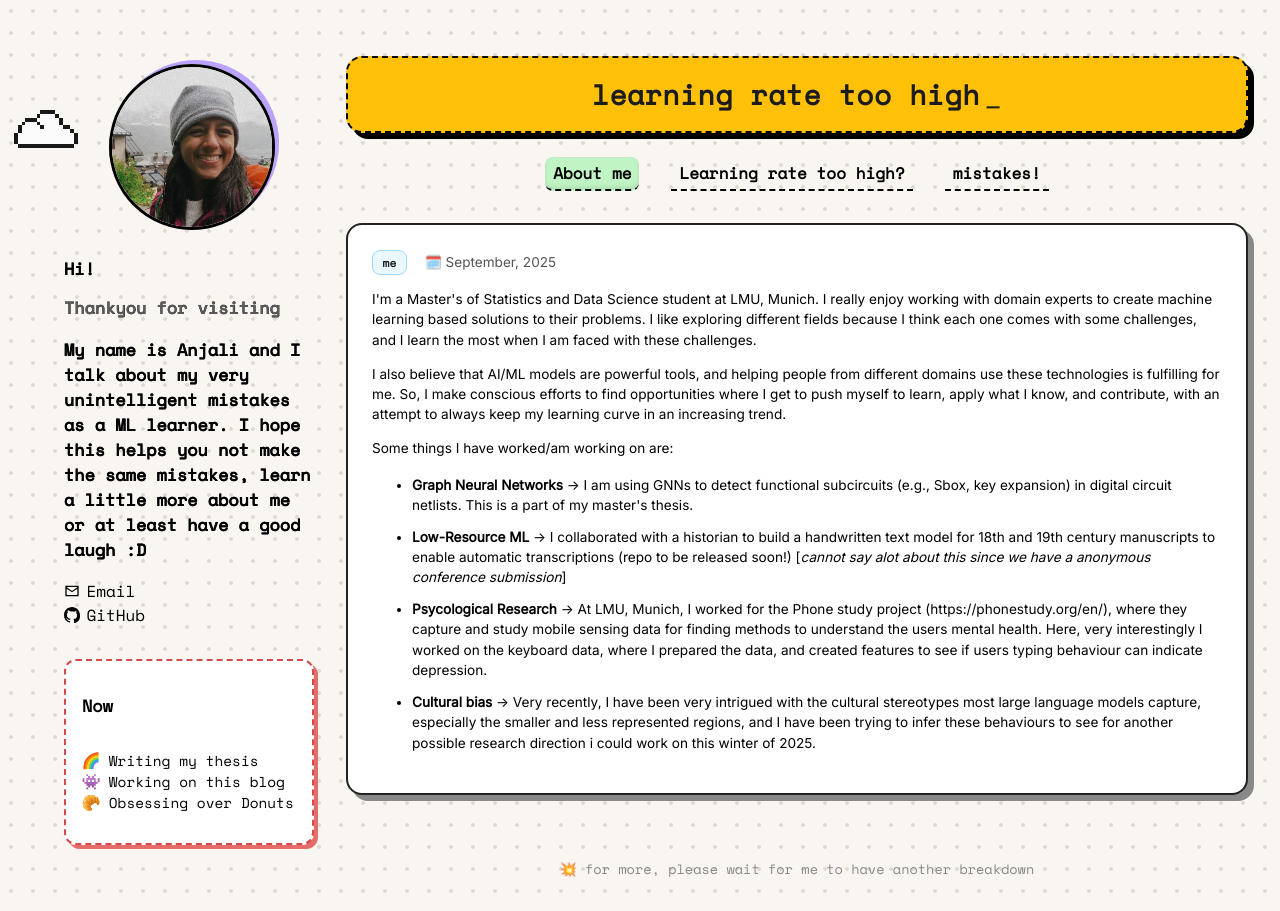
Repository: anjalisarawgi/learning_rate_too_high
Page: index.html
An editor plug-in stored every save of this project. The page is shown before and after the next save, followed by the edit.
The browser window is 1280 px wide. The pictures show the whole page.

Above is the page before, as saved 2025-11-03 14:28:46.

### index.html
<!DOCTYPE html>
<html lang="en">
<head>
  <meta charset="UTF-8" />
  <meta name="viewport" content="width=device-width, initial-scale=1.0" />
  <meta name="title" content="Learning Rate Too High – Machine Learning Mistakes by Anjali Sarawgi">
  <meta name="description" content="A lighthearted blog documenting my ML experiments, mistakes, and lessons learned.">
  <meta name="author" content="Anjali Sarawgi">
  <meta name="robots" content="index, follow">
  <link rel="canonical" href="https://anjalisarawgi.github.io/learning_rate_too_high/">
  <title>learning rate too high</title>
  <!-- <link href="https://fonts.googleapis.com/css2?family=Space+Mono&family=Press+Start+2P&display=swap" rel="stylesheet"> -->
  <link href="https://fonts.googleapis.com/css2?family=Space+Mono&family=Press+Start+2P&family=Inter&display=swap" rel="stylesheet">
  <style>
    body {
      font-family: 'Space Mono', monospace;
      background-color: #F9F6F2;
      margin: 0;
      padding: 2rem;
      /* background-image: radial-gradient(#ebe9e9 2px, transparent 1px); */
      background-image: radial-gradient(#E0DBD2 2px, transparent 2px);
      background-size: 22px 22px;
    }

    header {
      background: #FFC107;
      color: #1C1C1C;
      padding: 1rem 2rem;
      font-size: 1.75rem;
      font-weight: 700;
      font-family: 'Space Mono', monospace;
      border: 2px dashed #000;
      border-radius: 1rem;
      box-shadow: 6px 6px 0 #000;
      max-width: 900px;
      margin: 1.5rem auto;
      text-align: center;
      letter-spacing: 0.5px;
      transition: all 0.2s ease;

    }

    .cursor {
      display: inline-block;
      margin-left: 0.3rem;
      animation: blink 1s steps(2, start) infinite;
      font-weight: 400;
    }

    @keyframes blink {
      to {
        visibility: hidden;
      }
    }

    nav {
      display: flex;
      justify-content: center;
      gap: 2rem;
      margin: 1.5rem 0;
      flex-wrap: wrap;
    }

    nav a {
  text-decoration: none;
  color: #000;
  font-weight: bold;
  border-bottom: 2px dashed #000;
  padding: 0.25rem 0.5rem;
  transition: all 0.2s ease;
}

nav a:hover {
  background: #A9E6AE; /* slightly darker green */
  border-radius: 0.5rem;
  transform: scale(1.05);
}

nav a.active {
  background: #C1F4C5; /* light green */
  border-radius: 0.5rem;
  font-weight: 700;
  box-shadow: inset 0 -2px 4px rgba(0,0,0,0.1);
}

    .card {
      background: #fff;
      border: 2px solid #222;
      border-radius: 1rem;
      box-shadow: 6px 6px 0 #888;
      padding: 1.5rem;
      margin: 2rem auto;
      max-width: 900px;
      transition: all 0.2s ease;


    }

    .card:hover {
      box-shadow: 8px 8px 0 #aaa;
      transform: translate(-2px, -2px);
    }

    .card h2 {
      margin-top: 0;
      color: #222;
    }

    .card small {
      color: #555;
    }

    .tag {
      display: inline-block;
      background: #EAF8FF;
      color: #1C1C1C;
      border: 1px solid #A1D8FF;
      font-size: 0.7rem;
      font-weight: bold;
      padding: 0.2rem 0.6rem;
      margin-right: 0.5rem;
      border-radius: 0.5rem;
    }

    .footer-cta {
      text-align: center;
      margin-top: 4rem;
      font-size: 1rem;
    }

    .now-block {
      background: #fff ;
      font-size: 0.9rem;
      padding: 1rem;
      border-radius: 0.75rem;
      margin-top: 2rem;
      /* box-shadow: 4px 4px 0 #bca2ff; soft purple shadow */
      /* border: 2px dashed #8e72d6; retro purple border */
      box-shadow: 4px 4px 0 #E66B6B; /* balanced warm red shadow */
  border: 2px dashed #D24B4B;   /* slightly deeper coral border */
      color: #000;
    }
    footer {
      text-align: center;
      margin-top: 4rem;
      color: #888;
      font-size:
       0.85rem;
    }

    .intro-bold {
      font-weight: 700;
      font-size: 1.05rem;
      /* color: #111; */
      text-shadow: 0.1px 0.1px #111
    }
    .cute-photo {
  width: 160px;
  height: 160px;
  object-fit: cover;
  border: 3px solid #000;
  box-shadow: 4px 4px 0 #bca2ff;
  /* box-shadow: 4px 4px 0 #a2d2ff; soft blue shadow */
    /* box-shadow: 4px 4px 0 #f4a7a0; pastel red shadow */
  background-color: #fff8e1;
  background: radial-gradient(circle at 30% 30%, #fff8e1 0%, #f2e3ff 80%);
  border-radius: 50%;
  margin: 0 auto 1.5rem auto;
  display: block;

  /* Proper flower mask pattern */
  mask: radial-gradient(circle at center, black 60%, transparent 61%)
        repeat-conic-gradient(black 0deg 20deg, transparent 20deg 40deg);
  -webkit-mask: radial-gradient(circle at center, black 60%, transparent 61%)
                repeat-conic-gradient(black 0deg 20deg, transparent 20deg 40deg);
  mask-composite: intersect;
  -webkit-mask-composite: destination-in;

  transition: transform 0.3s ease;
  transform: rotate(-90deg);
}

.pumpkin-mascot {
  position: fixed;
  bottom: 20px;
  right: 20px;
  width: 60px;
  image-rendering: pixelated; /* keeps that crisp pixel look */
  z-index: 1000;
  transition: transform 0.3s ease;
}
.pumpkin-mascot:hover {
  transform: rotate(8deg) scale(1.1);
}


.profile-photo {
  position: relative;
  z-index: 2;  /* photo stays in front */
  width: 200px; /* adjust to your photo size */
  border-radius: 12px;
}

.photo-container {
  position: relative;
  width: 160px;      /* match your photo size */
  height: 160px;
  margin: 0 auto 2rem auto;
}

.cute-photo {
  position: relative;
  z-index: 2;         /* bring photo above */
  width: 160px;
  height: 160px;
  object-fit: cover;
  border: 3px solid #000;
  box-shadow: 4px 4px 0 #bca2ff;
  background-color: #fff8e1;
  background: radial-gradient(circle at 30% 30%, #fff8e1 0%, #f2e3ff 80%);
  border-radius: 50%;
  display: block;
  margin: 0 auto;
  transition: transform 0.3s ease;
  transform: rotate(-90deg);
}

.cloud-behind {
  position: absolute;
  top: 20px;
  left: -100px;
  width: 120px;
  z-index: 1;          /* this ensures it’s BEHIND the photo */
  image-rendering: pixelated;
  animation: floatCloud 18s ease-in-out infinite;
  opacity: 0.8;
  pointer-events: none; /* prevents blocking clicks on the photo */
}

@keyframes floatCloud {
  0% {
    transform: translateX(-60px);
    opacity: 0.6;
  }
  25% {
    transform: translateX(0);
    opacity: 0.9;
  }
  50% {
    transform: translateX(60px);
    opacity: 0.9;
  }
  75% {
    transform: translateX(0);
    opacity: 0.8;
  }
  100% {
    transform: translateX(-60px);
    opacity: 0.6;
  }
}

.now-block:hover {
  box-shadow: 0 0 10px rgba(255, 150, 150, 0.4);
  transform: scale(1.03);
  transition: all 0.3s ease-in-out;
}
.now-block p {
  display: inline-block;
}

.now-block p span {
  display: inline-block;
  animation: popEmoji 3s infinite;
}

@keyframes popEmoji {
  0%, 100% { transform: scale(1); }
  50% { transform: scale(1.15); }
}
.cute-photo:hover {
  box-shadow: 0 0 10px rgba(188, 162, 255, 0.4);
  transform: scale(1.05);
}
    /* .cute-photo:hover {
  transform: rotate(2deg) scale(1.05);
  transition: all 0.3s ease;
} */
    /* Make text inside .card paragraphs and lists use Inter instead of Space Mono */
/* Card body text with smaller, cleaner font */
.card p,
.card li,
.card small {
  font-family: 'Inter', sans-serif;
  font-size: 0.85rem;       /* Smaller size */
  line-height: 1.5;         /* Keep good spacing */
}

/* Card headings stay Space Mono */
.card h2 {
  font-family: 'Space Mono', monospace;
  font-size: 1.3rem;         /* Optional: Slightly smaller heading too */
}
ul li {
  margin-bottom: 0.7rem; /* adjust value as needed */
  line-height: 1.6; /* optional: improves readability */
}
  </style>
</head>
<body>
  <div style="display: flex; max-width: 1400px; margin: 0 auto;">
    <aside style="width: 250px; padding: 2rem; font-family: 'Space Mono', monospace;">
      <!-- <img
      src="myphoto2.jpeg"
      alt="Anjali Sarawgi"
      class="cute-photo"> -->
      <div class="photo-container">
        <img src="cloud_image.png" alt="Cloud mascot" class="cloud-behind">
        <img src="myphoto2.jpeg" alt="Anjali photo" class="cute-photo">
      </div>
      <h2 class="intro-bold" style="margin-top: 0;">Hi!</h2>
      <h3 class="intro-bold" style="margin-top: 0; color: #5a5a5a;">Thankyou for visiting</h3>
      <p class="intro-bold">
        My name is <strong>Anjali</strong> and I talk about my very unintelligent mistakes as a ML learner. I hope this helps you not make the same mistakes, learn a little more about me or at least have a good laugh :D
      </p>

      <a href="mailto:anjali.sarawgi9@gmail.com" style="display: flex; align-items: center; gap: 0.4rem; text-decoration: none; color: #000;">
        <!-- Email Icon -->
        <svg xmlns="http://www.w3.org/2000/svg" width="16" height="16" fill="currentColor" viewBox="0 0 24 24">
          <path d="M2 4h20v16H2V4zm2 2v.511l8 5.334 8-5.334V6H4zm0 2.489V18h16V8.489l-8 5.333-8-5.333z"/>
        </svg>
        <span>Email</span>
      </a>

      <!-- <a href="https://www.linkedin.com/in/anjali-sarawgi" target="_blank" style="display: flex; align-items: center; gap: 0.4rem; text-decoration: none; color: #000;">
        <svg xmlns="http://www.w3.org/2000/svg" width="16" height="16" fill="currentColor" viewBox="0 0 24 24">
          <path d="M4.98 3.5C4.98 4.88 3.88 6 2.5 6S0 4.88 0 3.5 1.12 1 2.5 1 4.98 2.12 4.98 3.5zM.5 8.49h4V24h-4V8.49zm7.5 0h3.84v2.11h.05c.54-1.01 1.84-2.07 3.79-2.07 4.05 0 4.8 2.66 4.8 6.12V24h-4v-7.79c0-1.86-.03-4.26-2.59-4.26-2.59 0-2.99 2.02-2.99 4.11V24h-4V8.49z"/>
        </svg>
        <span>LinkedIn</span>
      </a> -->

      <!-- GitHub -->
      <a href="https://github.com/anjalisarawgi" target="_blank" style="display: flex; align-items: center; gap: 0.4rem; text-decoration: none; color: #000;">
        <svg xmlns="http://www.w3.org/2000/svg" width="16" height="16" fill="currentColor" viewBox="0 0 24 24">
          <path d="M12 0C5.37 0 0 5.37 0 12a12 12 0 008.21 11.43c.6.11.82-.26.82-.58v-2.02c-3.34.73-4.04-1.61-4.04-1.61-.55-1.38-1.35-1.75-1.35-1.75-1.1-.76.08-.74.08-.74 1.22.09 1.87 1.25 1.87 1.25 1.08 1.85 2.84 1.31 3.54 1 .11-.79.42-1.31.76-1.61-2.66-.3-5.47-1.33-5.47-5.91 0-1.31.47-2.38 1.24-3.22-.12-.3-.54-1.52.12-3.17 0 0 1-.32 3.29 1.23A11.45 11.45 0 0112 6.84c1.02.01 2.04.14 3 .42 2.29-1.55 3.29-1.23 3.29-1.23.66 1.65.24 2.87.12 3.17.77.84 1.24 1.91 1.24 3.22 0 4.6-2.82 5.61-5.5 5.91.43.37.81 1.09.81 2.21v3.27c0 .32.22.69.83.57A12 12 0 0024 12c0-6.63-5.37-12-12-12z"/>
        </svg>
        <span>GitHub</span>
      </a>


      <!-- Google Scholar -->
      <!-- <a href="https://scholar.google.com/citations?user=S54iOkAAAAAJ&hl=en" target="_blank" style="display: flex; align-items: center; gap: 0.4rem; text-decoration: none; color: #000;">
        <svg xmlns="http://www.w3.org/2000/svg" width="16" height="16" fill="currentColor" viewBox="0 0 24 24">
          <path d="M12 2L1 12l3.29 3.29L12 6.41l7.71 8.88L23 12zM12 8.5l-6 6V22h12v-7.5l-6-6z"/>
        </svg>
        <span>Google Scholar</span>
      </a> -->


      <div class="now-block">
        <h3>Now</h3>
        <!-- <p>🌈 Writing my thesis<br>👾 Working on this blog <br>🥐 Obsessing over Donuts</p> -->
        <p>
          <span>🌈</span> Writing my thesis<br>
          <span>👾</span> Working on this blog<br>
          <span>🥐</span> Obsessing over Donuts
        </p>
      </div>
    </aside>

    <main style="flex: 1;">
      <header>learning rate too high<span class="cursor">_</span></header>
      <nav>
        <a href="#" data-tab="about" class="active" >About me</a>
        <a href="#" data-tab="loss-infinity">Learning rate too high?</a>
        <a href="#" data-tab="loss-infinity">mistakes!</a>
        <!-- <a href="#" data-tab="raw-text">uncertainity?</a> -->
        <!-- <a href="#" data-tab="wrong-script">wrong script AGAIN!</a> -->
        <!-- <a href="#" data-tab="wrong-script">package version/s</a> -->
        <!-- <a href="#" data-tab="wrong-script">parameters are IMP</a> -->
        <!-- <a href="#" data-tab="wrong-script">some research directions i think of</a> -->
        <!-- <a href="#" data-tab="wrong-script">the data problem</a> -->

        <!-- <a href="#" data-tab="shuffled-labels">shuffled labels</a> -->
      </nav>

      <div class="card" data-tab-content="wrong-script" style="display: none;">
        <div class="tag">bug</div><div class="tag">torch</div>
        <h2>correct code ... wrong script in training</h2>
        <small>🗓️ May, 2025</small>
        <p>I trained a model. I tweaked layers. I changed the loss function. I cursed PyTorch.<br>Nothing changed.<br><br>Turns out, I was editing <code>train.py</code> in folder A and running <code>train.py</code> in folder B. The curse was me.</p>
      </div>

      <div class="card" data-tab-content="loss-infinity" style="display: none;">
        <div class="tag">loss</div><div class="tag">div/0</div>
        <h2>loss infinity</h2>
        <small>🗓️ Jul 10, 2025</small>
        <p>My model diverged so hard it reached theological questions.<br>Turns out I forgot to normalize the input. Again. And again. And again...</p>
      </div>

      <div class="card" data-tab-content="raw-text" style="display: none;">
        <div class="tag">gnn</div><div class="tag">raw text</div>
        <h2>raw text to GNN</h2>
        <small>🗓️ Jun 5, 2025</small>
        <p>I tried putting raw text directly into a GNN.<br>It screamed. I listened.<br>Don't do it.</p>
      </div>

      <div class="card" data-tab-content="shuffled-labels" style="display: none;">
        <div class="tag">labels</div><div class="tag">oops</div>
        <h2>shuffled labels</h2>
        <small>🗓️ May 18, 2025</small>
        <p>I shuffled my data and accidentally shuffled the labels *separately*.<br>The model got creative, but not in a good way.</p>
      </div>

      <div class="card" data-tab-content="about" style="display: block;">
        <div class="tag">me</div>
        <!-- <h2>About me</h2> -->
        <small>🗓️ September, 2025</small>
        <!-- <h2>Hi, I'm Anjali ✨</h2> -->
        <p>I'm a Master's  of Statistics and Data Science student at LMU, Munich. I really enjoy working with domain experts to create machine learning based solutions to their problems. I like exploring different fields because I think each one comes with some challenges, and I learn the most when I am faced with these challenges.        </p>
        <p>I also believe that AI/ML models are powerful tools, and helping people from different domains use these technologies is fulfilling for me. So, I make conscious efforts to find opportunities where I get to push myself to learn, apply what I know, and contribute, with an attempt to always keep my learning curve in an increasing trend.</p>
        <p>Some things I have worked/am working on are:</p>
        <ul>
          <li><strong>Graph Neural Networks</strong> -> I am using GNNs to detect functional subcircuits (e.g., Sbox, key expansion) in digital circuit netlists. This is a part of my master's thesis.
          <li><strong>Low-Resource ML</strong> -> I collaborated with a historian to build a handwritten text model for 18th and 19th century manuscripts to enable automatic transcriptions (repo to be released soon!) [<i>cannot say alot about this since we have a anonymous conference submission</i>]
          <li><strong>Psycological Research</strong> -> At LMU, Munich, I worked for the Phone study project (https://phonestudy.org/en/), where they capture and study mobile sensing data for finding methods to understand the users mental health. Here, very interestingly I worked on the keyboard data, where I prepared the data, and created features to see if users typing behaviour can indicate depression.
          <li><strong>Cultural bias</strong> -> Very recently, I have been very intrigued with the cultural stereotypes most large language models capture, especially the smaller and less represented regions, and I have been trying to infer these behaviours to see for another possible research direction i could work on this winter of 2025.
             <!-- Particularly, I am curious to evaluate how these models handle smaller or less represented regions, for example Nepal. I think it would be very interesting to see if we can identify and solve for the biases in the dataset it was trained on itself. -->
        </ul>
      </div>
      <footer>
        💥 for more, please wait for me to have another breakdown
      </footer>
      <!-- <img src="Cloud.png" alt="Cloud mascot" class="cloud-mascot"> -->
    </main>
  </div>

  <!-- JS for tab switching -->
  <script>
    const tabs = document.querySelectorAll('nav a');
    const cards = document.querySelectorAll('[data-tab-content]');

    tabs.forEach(tab => {
      tab.addEventListener('click', (e) => {
        e.preventDefault();
        const target = tab.getAttribute('data-tab');

        // Hide all cards
        cards.forEach(card => {
          card.style.display = 'none';
        });

        // Remove 'active' class from all tabs
        tabs.forEach(t => t.classList.remove('active'));

        // Add 'active' to clicked tab
        tab.classList.add('active');

        // Show the matching card
        const activeCard = document.querySelector(`[data-tab-content="${target}"]`);
        if (activeCard) activeCard.style.display = 'block';
      });
    });
  </script>
</body>
</html>

After the next save:
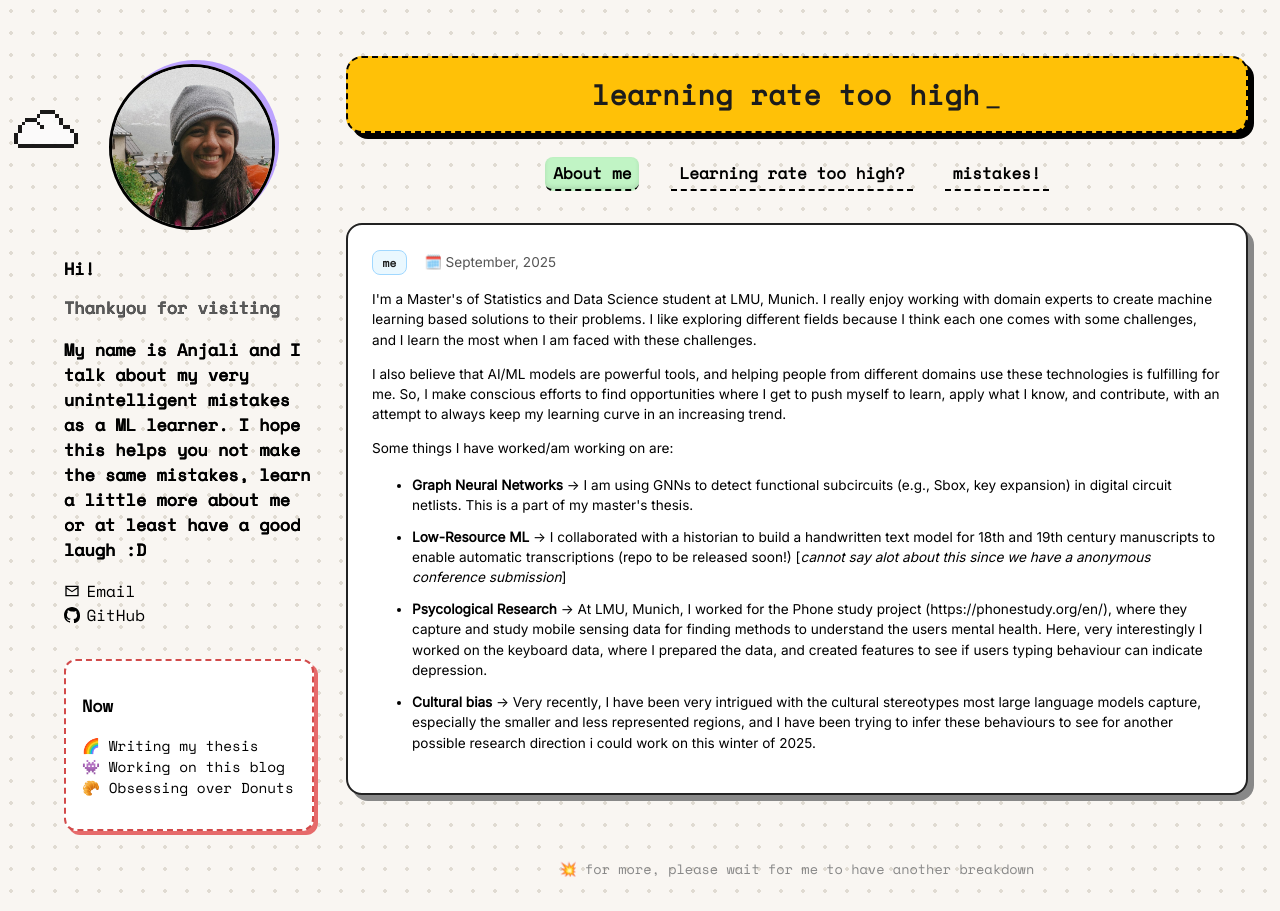
Saved 35 s later.
--- a/index.html
+++ b/index.html
@@ -260,24 +260,7 @@
   }
 }
 
-.now-block:hover {
-  box-shadow: 0 0 10px rgba(255, 150, 150, 0.4);
-  transform: scale(1.03);
-  transition: all 0.3s ease-in-out;
-}
-.now-block p {
-  display: inline-block;
-}
-
-.now-block p span {
-  display: inline-block;
-  animation: popEmoji 3s infinite;
-}
-
-@keyframes popEmoji {
-  0%, 100% { transform: scale(1); }
-  50% { transform: scale(1.15); }
-}
+
 .cute-photo:hover {
   box-shadow: 0 0 10px rgba(188, 162, 255, 0.4);
   transform: scale(1.05);
@@ -359,12 +342,7 @@
 
       <div class="now-block">
         <h3>Now</h3>
-        <!-- <p>🌈 Writing my thesis<br>👾 Working on this blog <br>🥐 Obsessing over Donuts</p> -->
-        <p>
-          <span>🌈</span> Writing my thesis<br>
-          <span>👾</span> Working on this blog<br>
-          <span>🥐</span> Obsessing over Donuts
-        </p>
+        <p>🌈 Writing my thesis<br>👾 Working on this blog <br>🥐 Obsessing over Donuts</p>
       </div>
     </aside>
 

After the save that followed:
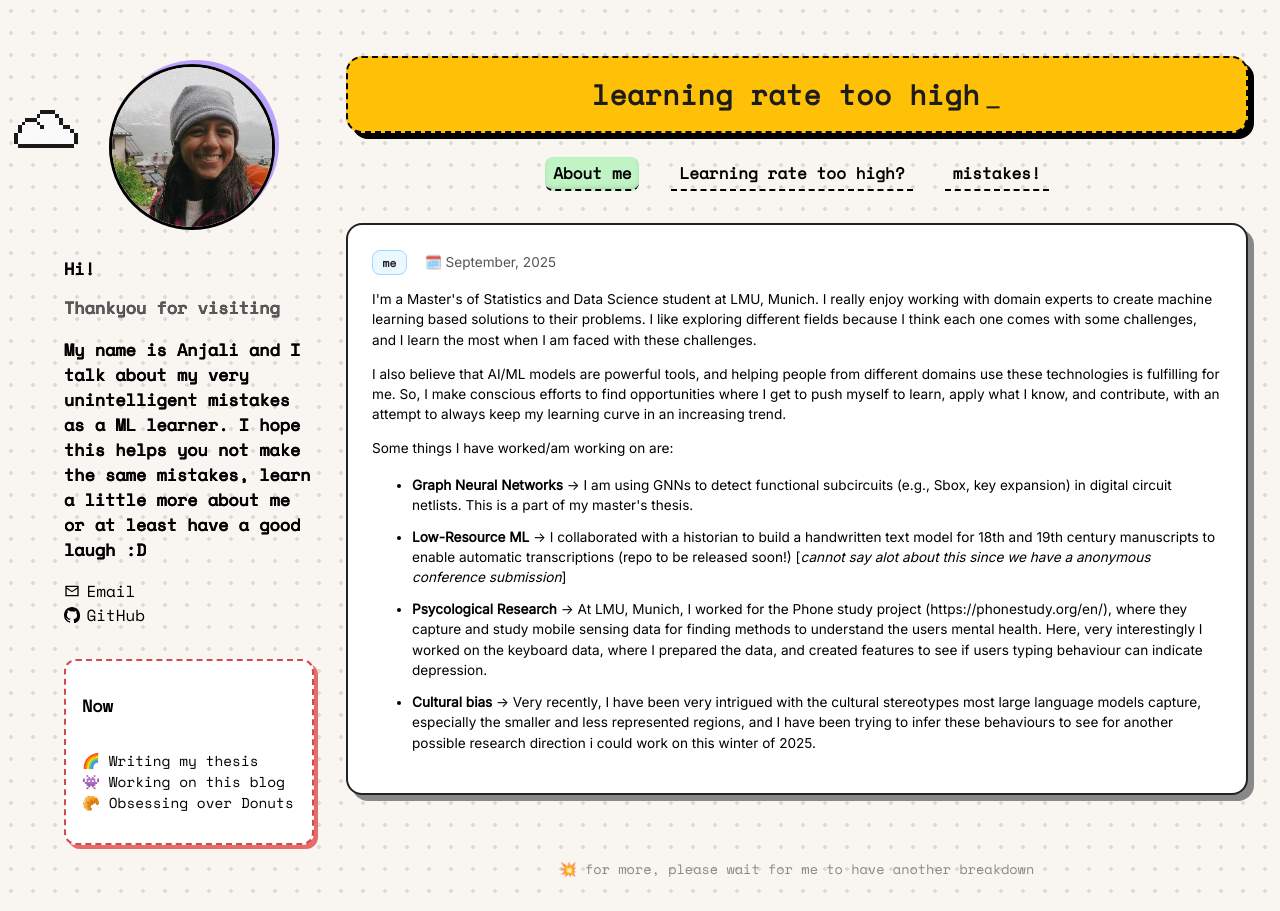
Saved 6 s later.
--- a/index.html
+++ b/index.html
@@ -260,6 +260,20 @@
   }
 }
 
+.now-block p {
+  display: inline-block;
+}
+
+.now-block p span {
+  display: inline-block;
+  animation: popEmoji 3s infinite;
+}
+
+@keyframes popEmoji {
+  0%, 100% { transform: scale(1); }
+  50% { transform: scale(1.15); }
+}
+
 
 .cute-photo:hover {
   box-shadow: 0 0 10px rgba(188, 162, 255, 0.4);
